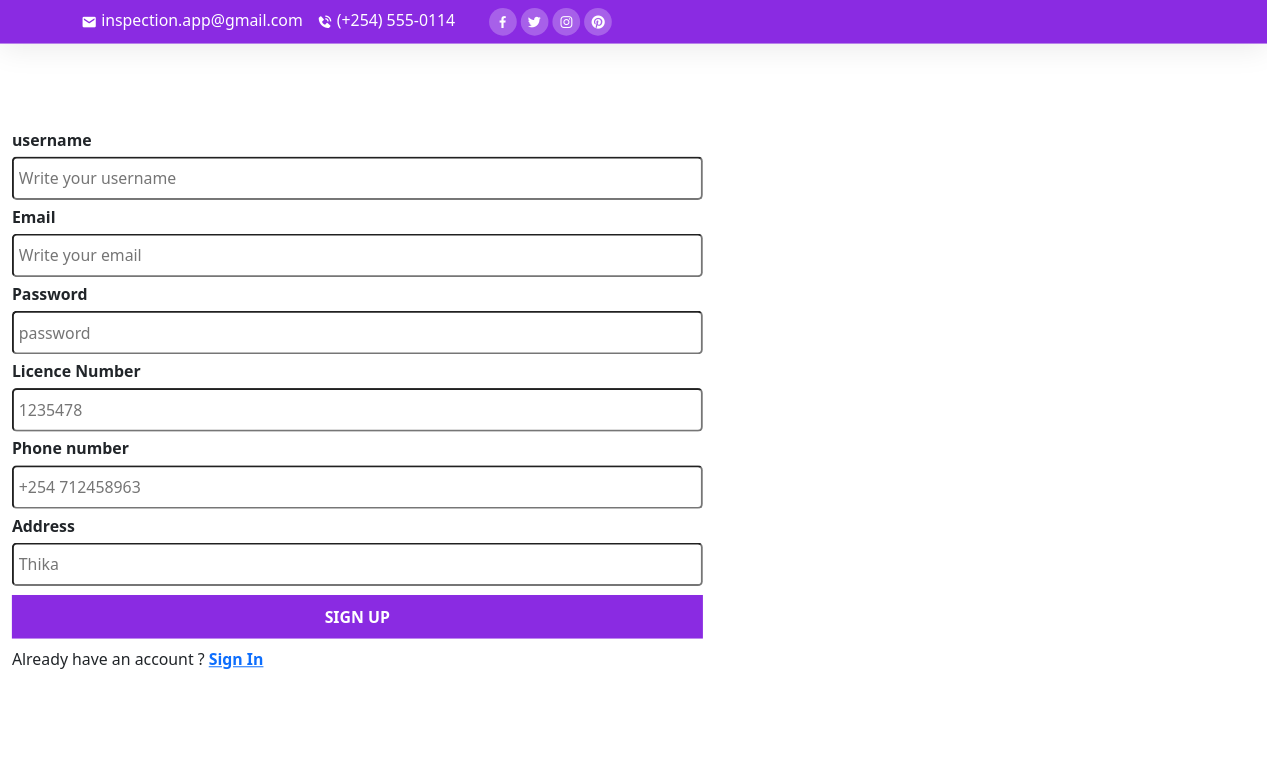
Repository: NDISHAW/Inspectionapp-rails
Page: public/signup.html
The author's editor kept a copy of each file at every save. The page is drawn from the files as they stood at one save, then again after the next save.
The browser window is 1280 px wide. The pictures show the whole page, at 99% of full size.

Above is the page before, as saved 2022-10-09 04:46:32.

After the next save:
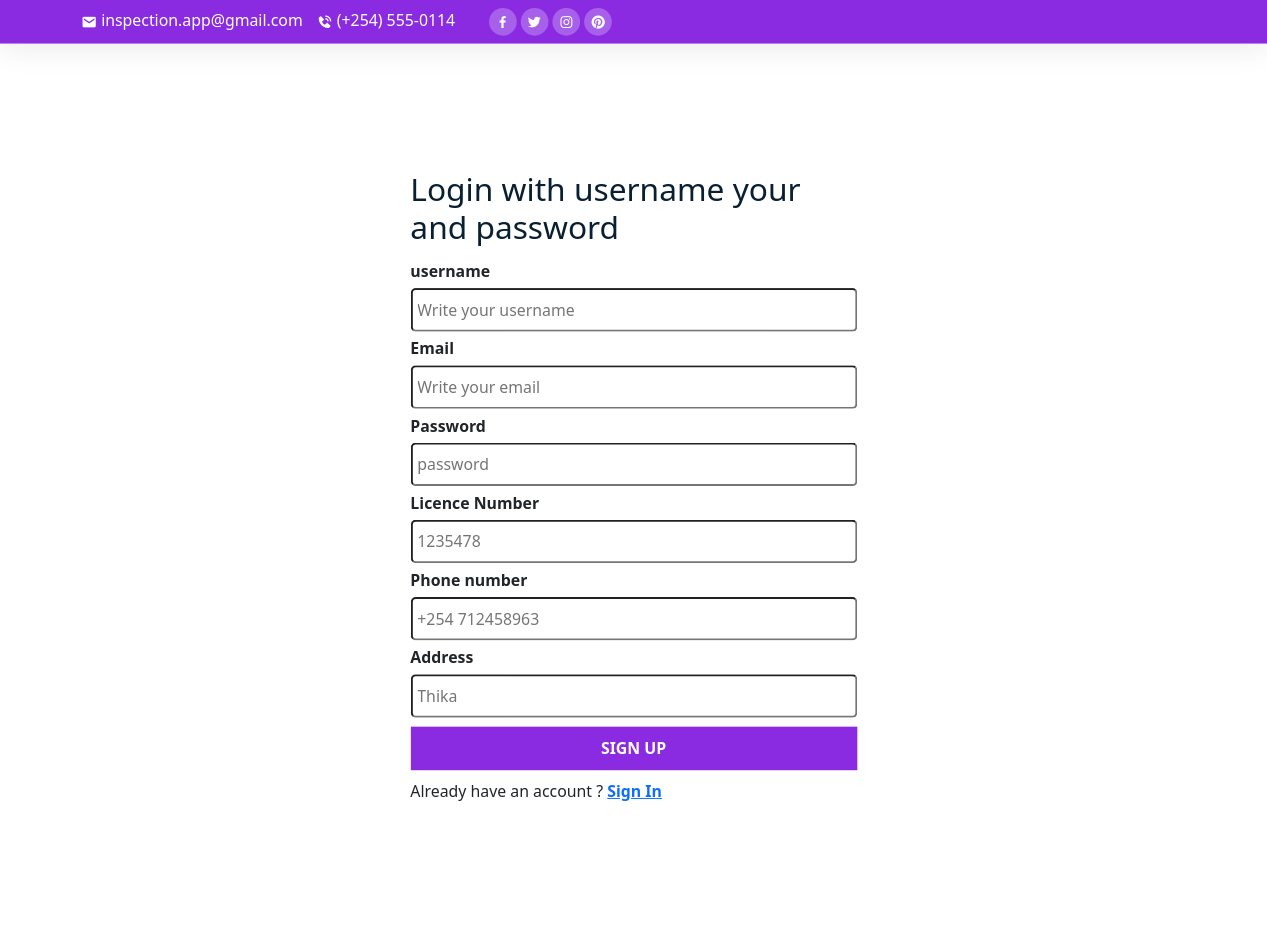
Saved 13 s later.
--- a/public/signup.html
+++ b/public/signup.html
@@ -35,9 +35,12 @@
       </div>
 
     <section id="about">
-      <div class="container-fluid">
-    <div class="col-lg-10 justify-content-center ">
-      <div class="col-lg-8">
+      <div class="container">
+        <div class="row justify-content-center">
+          <div class="col-lg-5 py-5">
+            <div class="row">
+              <h2>Login with username your and password</h2>
+              <div class="col-12">
       <!-- username  -->
       <div class="username">
         <label for="username">username</label>
